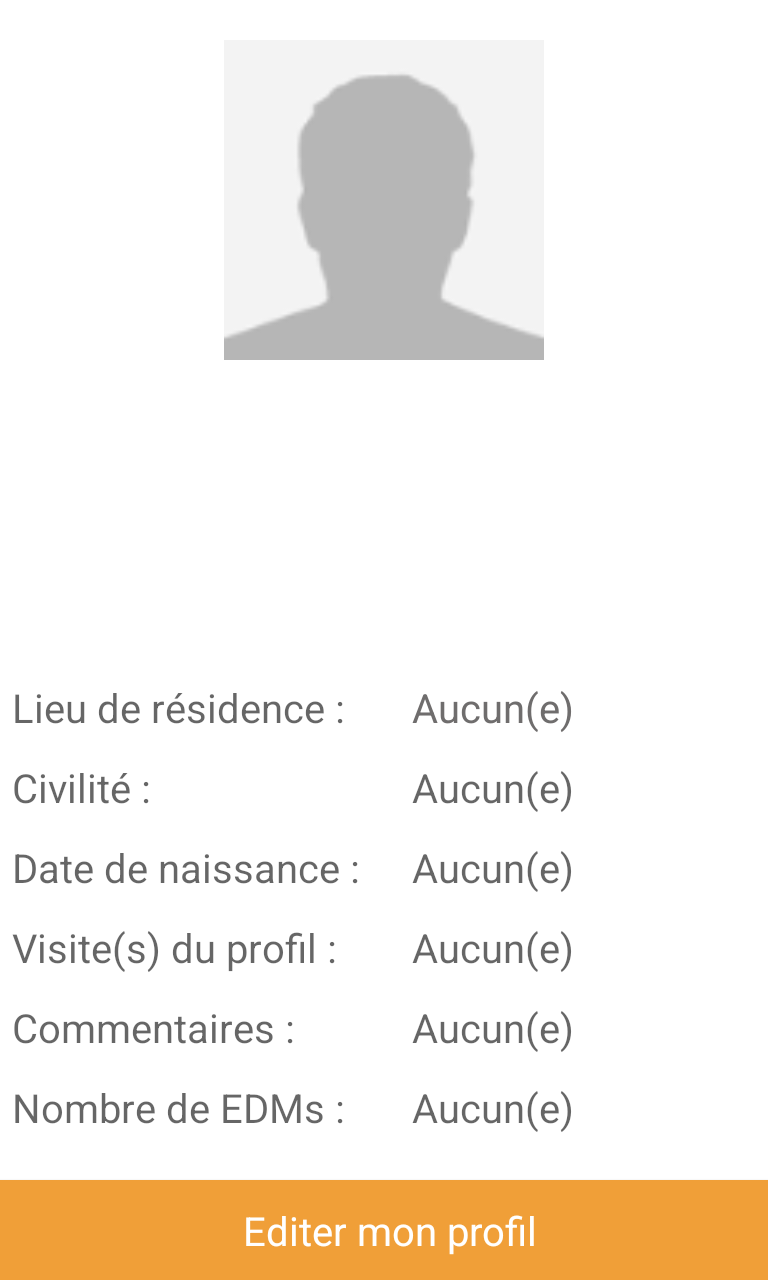
Repository: pierrealexvezinet/excusedemerde
Layout: edm/res/layout/account_fragment.xml
These files come from the project's save history. The layout is drawn as it stood at one moment and after the next save; the edit follows.
It is drawn on a 768 x 1280 px phone screen (xhdpi) without system bars, with theme Theme.AppCompat.Light; the app's code is not run.

Above is the layout before, as saved 2014-02-15 18:30:39.

After the next save:
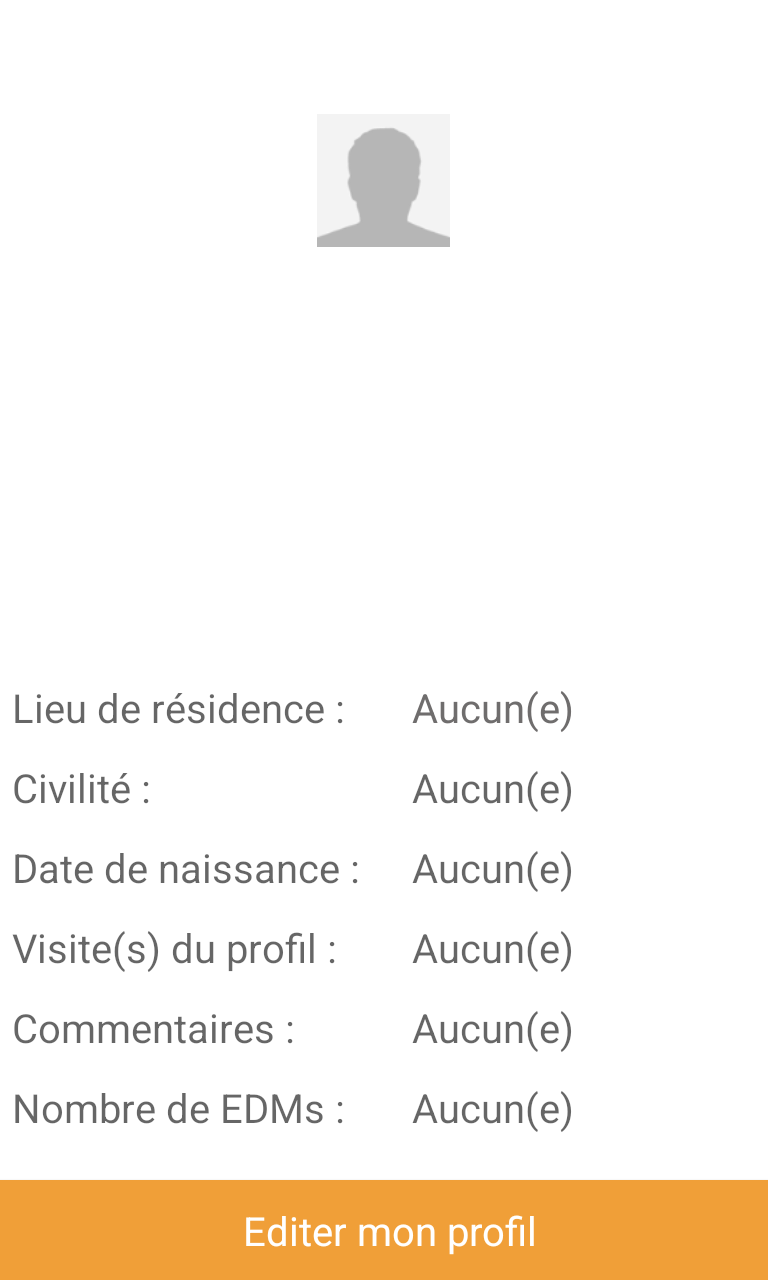
Saved 46 s later.
--- a/edm/res/layout/account_fragment.xml
+++ b/edm/res/layout/account_fragment.xml
@@ -21,9 +21,9 @@
 
             <ImageView
                 android:id="@+id/imgv_user_photo"
-                android:layout_width="match_parent"
+                android:layout_width="wrap_content"
                 android:layout_marginTop="20dp"
-                android:layout_height="160dp"
+                android:layout_height="140dp"
                 android:layout_alignParentTop="true"
                 android:layout_centerHorizontal="true"
                 android:contentDescription="@string/user_photo"
